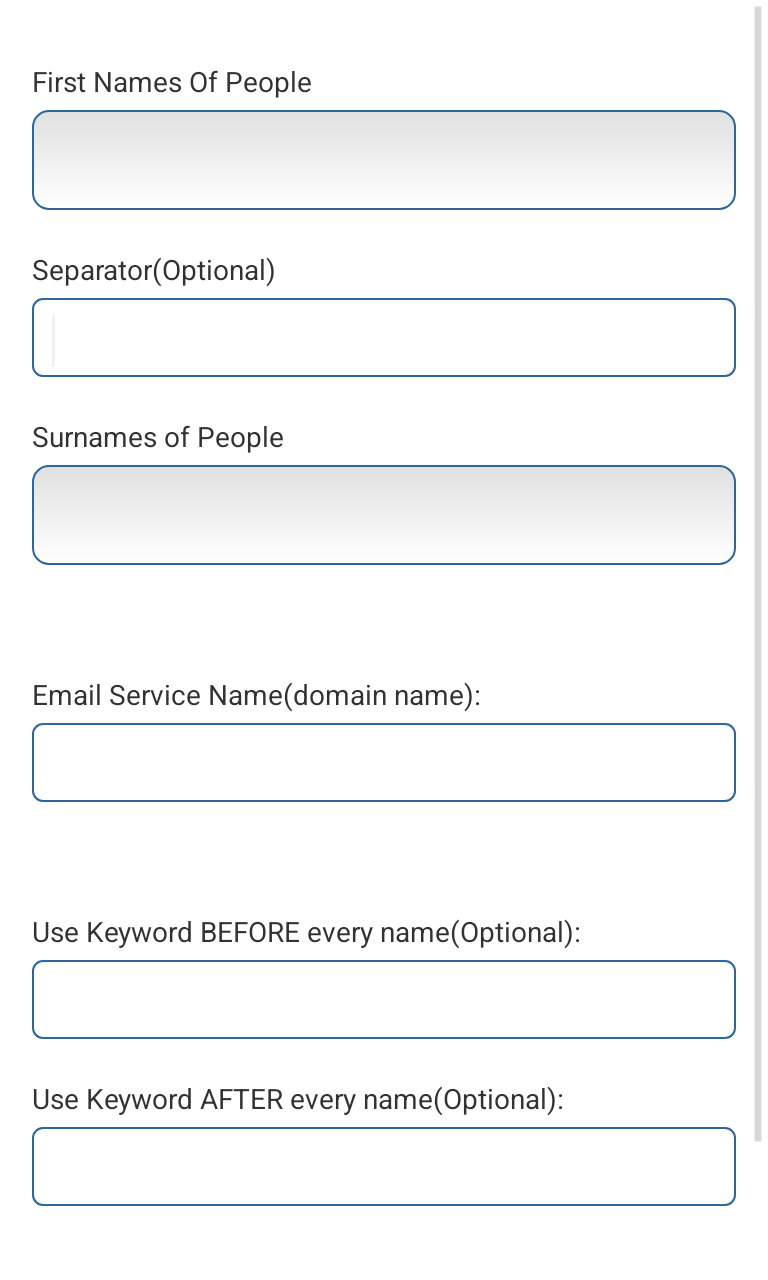
Repository: gperedo/AllAndroid
Layout: UltimateEmailIDEngine/res/layout/inputdata_activity.xml
An editor plug-in stored every save of this project. The layout is shown before and after the next save, followed by the edit.
It is drawn on a 768 x 1280 px phone screen (xhdpi) without system bars, with theme AppTheme; the app's code is not run.

Above is the layout before, as saved 2014-01-17 05:18:51.

After the next save:
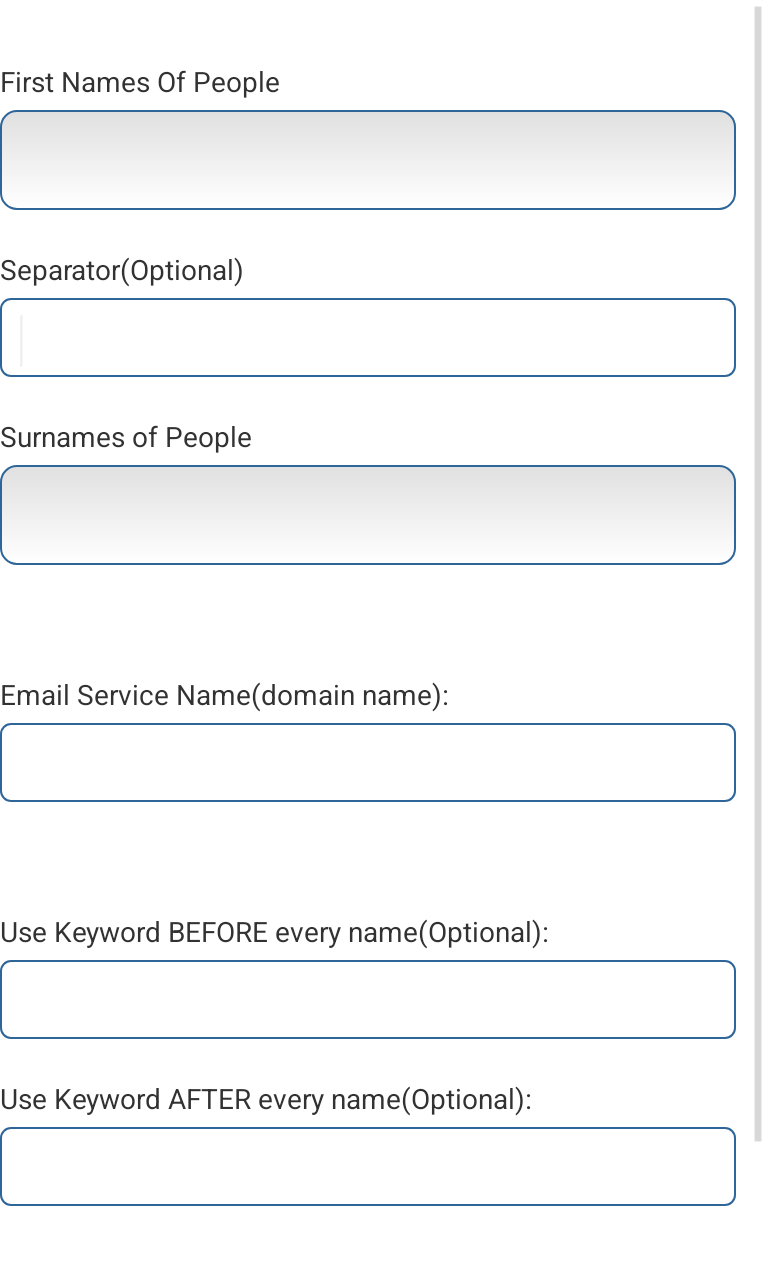
Saved 4 s later.
--- a/UltimateEmailIDEngine/res/layout/inputdata_activity.xml
+++ b/UltimateEmailIDEngine/res/layout/inputdata_activity.xml
@@ -11,7 +11,6 @@
         android:layout_marginTop="0dp"
         android:orientation="vertical"
         android:paddingBottom="@dimen/activity_vertical_margin"
-    	android:paddingLeft="@dimen/activity_horizontal_margin"
     	android:paddingRight="@dimen/activity_horizontal_margin"
     	android:paddingTop="@dimen/activity_vertical_margin" >
 
